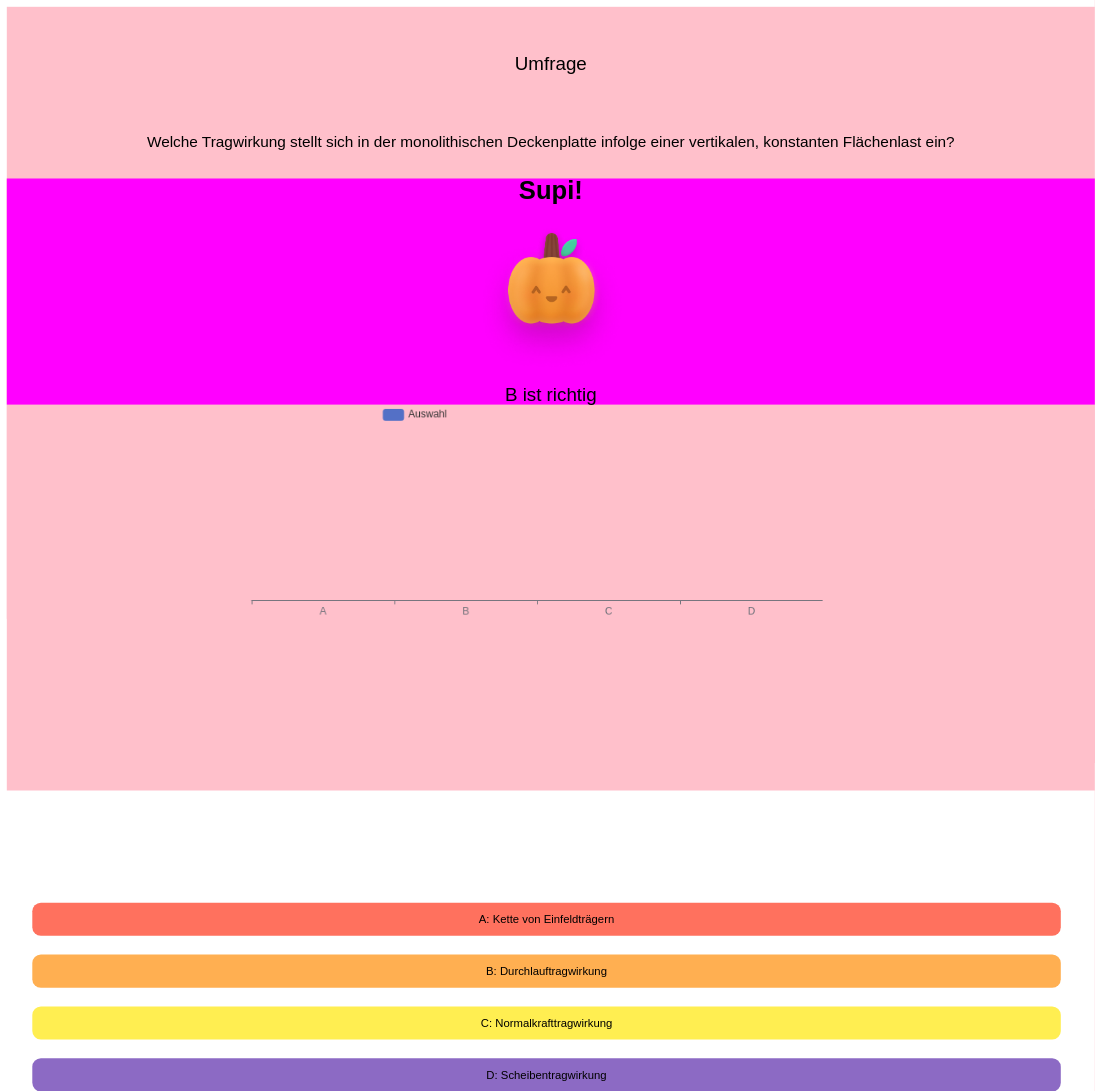
Repository: HyunraDate/Quinlan
Page: /Ergebnis1
An editor plug-in stored every save of this project. The page is shown before and after the next save, followed by the edit.
The browser window is 1280 px wide. The page is 1288 px wide, so the pictures cover 1288 px, including what lies to the right of the window. The pictures show the whole page, at 85% of full size.
The page's requests for data from a server got no answer. The project was rebuilt for these pictures with package versions that can differ from the ones it lists, and the page was loaded fresh each time. No one was signed in, and anything a server would have sent is missing. Also part of the build but not shown: vite.config.js, src/views/Ergebnis2.vue, src/views/Erklaerung.vue.

Above is the page before, as saved 2023-07-25 14:30:26.

After the next save:
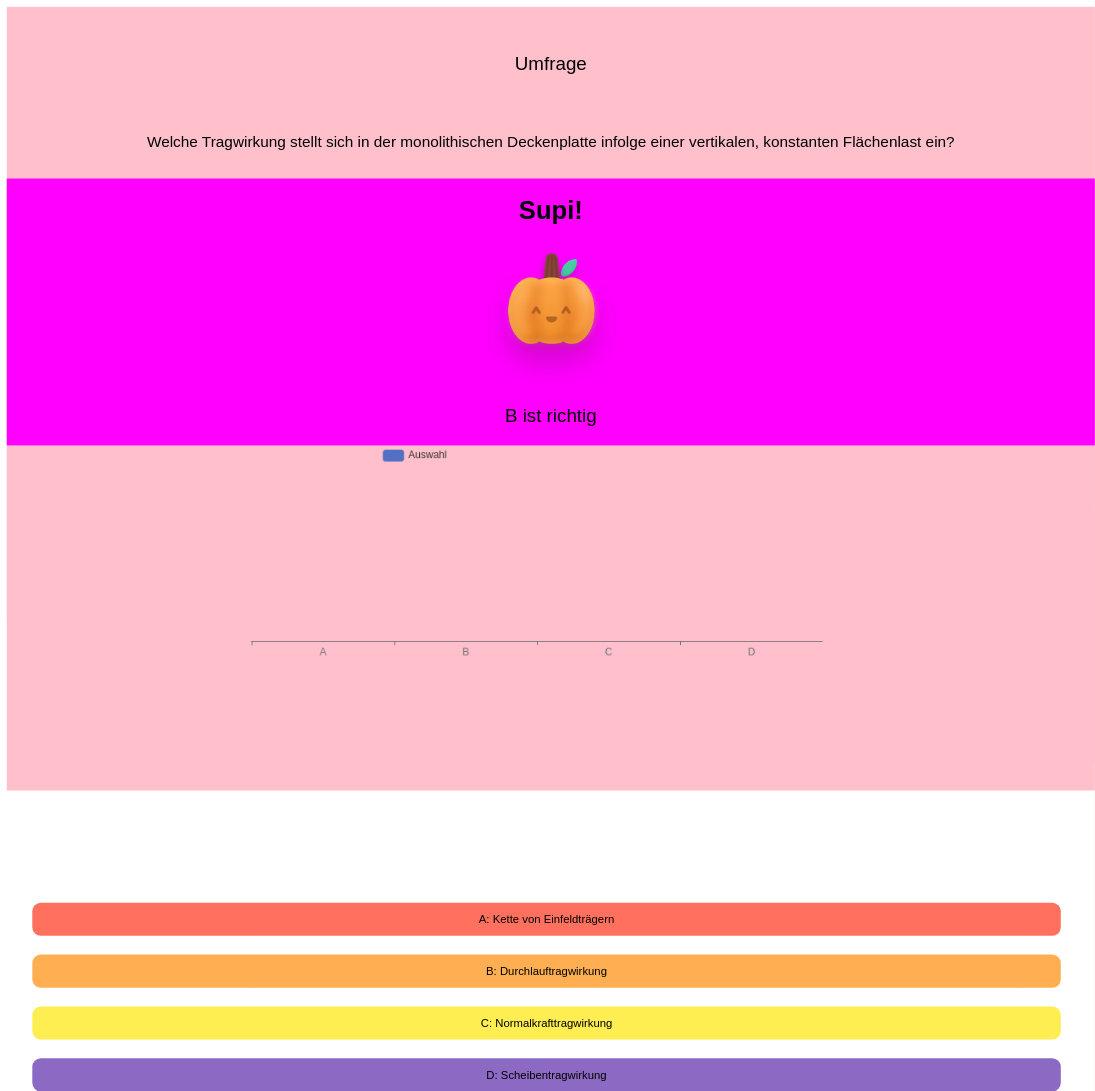
Saved 35 s later.
--- a/src/css/Step3b.css
+++ b/src/css/Step3b.css
@@ -150,7 +150,8 @@ html {
   }
 
   .page {
-    /* padding: 1.5rem ; 调整上下边距的值(hier 四边都是1.5rem) 原值：31.38rem */
+    padding: 1.5rem ;
+    /* 调整上下边距的值(hier 四边都是1.5rem) 原值：31.38rem */
     /* padding-top: 2rem; /* 调整上边距大小 */
     /* padding-bottom: 2rem; /* 调整下边距大小 */
     background-color: #ff00ff;
